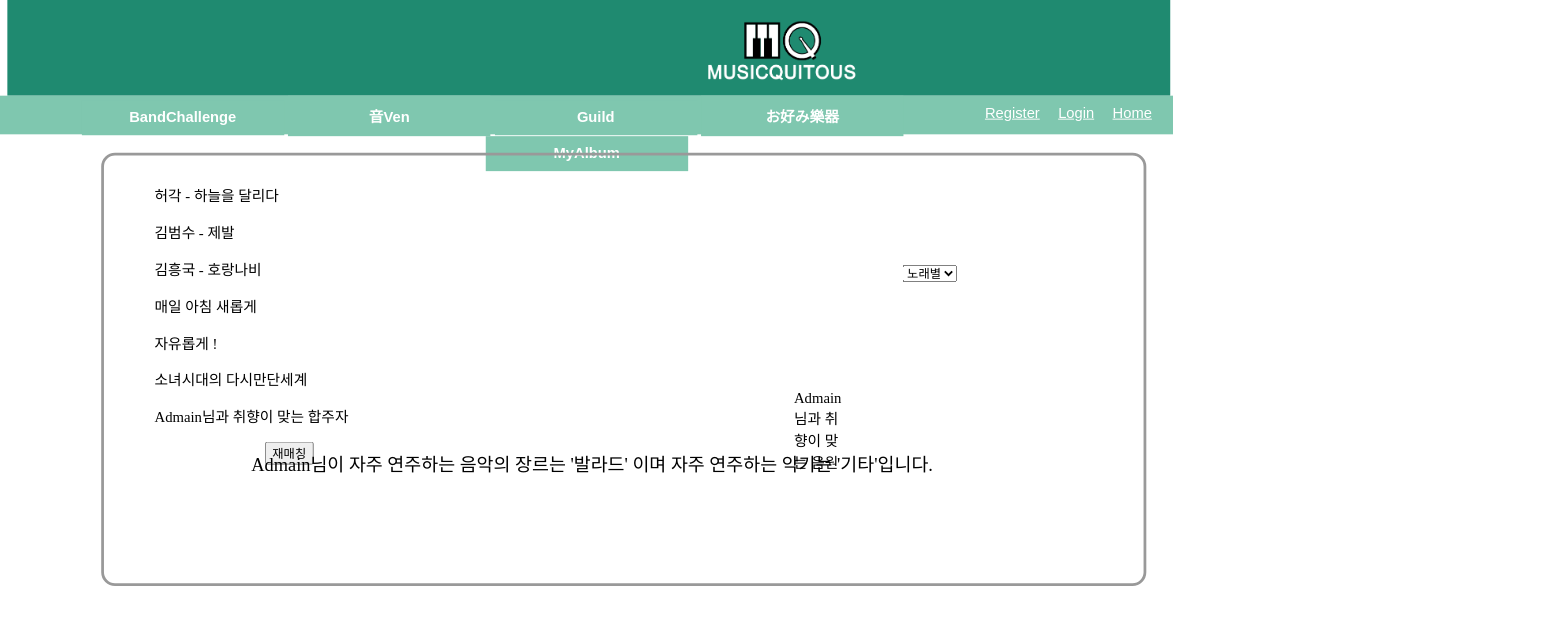
Repository: hkpark130/MusicQuitous
Page: http://localhost/Recommend/Connection
The author's editor kept a record of every edit. The page is drawn from the files as they stood at one moment, then again after the next edit.
The browser window is 1280 px wide. The page is 1695 px wide, so the pictures cover 1695 px, including what lies to the right of the window. The pictures show the whole page, at 92% of full size.
Some web libraries are served in a nearby version. The page is served by the project's Laravel application, run on PHP 8.4 with Laravel 8. Other server files are loaded and not shown.

Above is the page before.

### workspace/harmony_project/routes/web.php
<?php

/*
|--------------------------------------------------------------------------
| Web Routes
|--------------------------------------------------------------------------
|
| Here is where you can register web routes for your application. These
| routes are loaded by the RouteServiceProvider within a group which
| contains the "web" middleware group. Now create something great!
|
*/

Route::get('/', function () {
    return view('template');
});

Route::get('auth/login', function(){
  $credentials = [
    'email'
  ];
});
//
// Route::get('auth/login',function(){
//   $login = Request::input('id');
//   (!auth()->attempt($credentials)){
//     return '로그인 정보가 정확하지 않습니다.';
//   }
//    return redirect('protected');
// });

Auth::routes();

// Route::get('/home', 'HomeController@index');

// Route::resource('articles','ArticlesController');

// Route::get('/subweb','SubwebController@index');



/*
|--------------------------------------------------------------------------
| 혜진 - LOGIN
|--------------------------------------------------------------------------
*/

Route::get('/login', function(){
    return view('login/login');
});

// Route::get('login/login', 'Login\LoginController@userview');

Route::post('/loginAction', 'Login\LoginController@loginAction');

Route::get('/logoutAction', 'Login\LoginController@logout');
Route::post('/logoutAction', 'Login\LoginController@logout');
Route::post('/store','Login\LoginController@store');


Route::get('/store', function(){
    return view('login/store');
});


Route::get('/idCheck/{user_id}', 'Login\LoginController@idCheck');
Route::get('/nickCheck/{nick}', 'Login\LoginController@nickCheck');
Route::get('/mailCheck/{mail}', 'Login\LoginController@mailCheck');








Route::get('/write', function(){
    return view('board/write');
});

Route::post('/writeAction', 'Board\BoardController@writeAction');

Route::get('/list', 'Board\BoardController@listAction');

Route::get('/bandChallengeMain', 'Board\BoardController@main');

Route::get('/read/{id?}', 'Board\BoardController@readAction');

Route::get('/deleteAction/{id?}', 'Board\BoardController@deleteAction');



Route::get('/mody/{id}', function($id){
  return view('board/mody')->with('id',$id);
});

Route::put('/modyAction/{id}', 'Board\BoardController@modyAction');



Route::get('/video', function(){
  return view('video/index');

});

/*
|--------------------------------------------------------------------------
| 혜진 - BandChallenge
|--------------------------------------------------------------------------
*/
Route::get('/rolling', function(){
  return view('menu/rolling');
});
Route::get('/video', function(){
  return view('video/Videomain');
});
Route::get('/videoworkset', function(){
  return view('video/videoworkset');
});
Route::get('/band_VideoUpload', function(){
  return view('board/BandChallenge_Video_Upload');
});
Route::get('/band_VideoWork', function(){
  return view('board/BandChallenge_Video_Work');
});
Route::get('/band_VideoWorkset', function(){
  return view('board/BandChallenge_Video_Workset');
});
// Route::get('/recordalbum',function(){
//   return view('board/BandChallenge_Record_Album');
// });
//
Route::get('/recordalbum','bandChallenge\BandChallengeController@midiList');
//음원 악기레이어 체크선택 페이지

Route::get('/albumview/{midi_id?}','bandChallenge\BandChallengeController@audioHarmony');
//음원 악기레이어 체크선택 페이지

// Route::get('/albumview',function(){
//   return view('board/BandChallenge_Record_Albumn_View');
// });
Route::get('/videobefore',function(){
  return view('board/BandChallenge_Video_Before');
});
Route::get('/videoBView',function(){
  return view('board/BandChallenge_Video_Before_View');
});
Route::get('/videoafter',function(){
  return view('board/BandChallenge_Video_After');
});
Route::get('/videoAView',function(){
  return view('board/BandChallenge_Video_After_View');
});

Route::get('/recordbefore/{id?}','bandChallenge\BandChallengeController@audioBefore');
//오디오 음원합주 합주전 게시물

// Route::get('/recordbefore',function(){
//   return view('board/BandChallenge_Record_Before');
// });

Route::get('/recordafter/{id?}','bandChallenge\BandChallengeController@audioAfter');
//오디오 음원합주 합주후 게시물

// 이전 오디오합주 합주후 게시물
// Route::get('/recordafter',function(){
//   return view('board/BandChallenge_Record_After');
// });

Route::get('/instselect',function(){
  return view('board/BandChallenge_Inst_Select');
});
Route::get('/band_main',function(){
  return view('board/BandChallenge_Main');
});

Route::post('/recordwork','bandChallenge\BandChallengeController@audioRecord');
//녹음 페이지
// Route::get('/recordwork',function(){
//   return view('board/BandChallenge_Record_Work');
// });

//*******************************나훔나훔한 근육땡땡이 나훔이*****************************
Route::get('/videoRecordwork',function(){
  return view('board/BandChallenge_Main');
});
//녹화페이지
//*****************************************************************************



Route::post('blobTest','bandChallenge\BandChallengeController@blobTrans');
//녹음파일 ajax로 업로드

Route::post('volumeTest','bandChallenge\BandChallengeController@volumeChange');
//녹음파일 볼륨 변경

Route::get('/beforeview',function(){
  return view('board/BandChallenge_Record_Before_View');
});

Route::post('/recordupload','bandChallenge\BandChallengeController@writeBoard');
//글쓰기

Route::post('BandChallenge/recordingInsert','bandChallenge\BandChallengeController@insertBoard');
//글저장

// Route::get('/recordupload',function(){
//   return view('board/BandChallenge_Record_Upload');
// });
Route::get('/afterview',function(){
  return view('board/BandChallenge_Record_After_View');
});
Route::get('/recordmody',function(){
  return view('board/BandChallenge_Record_Mody');
});
Route::get('/recordjoin',function(){
  return view('board/BandChallenge_Record_Join');
});
Route::get('/progressbar',function(){
  return view('board/BandChallenge_Progressbar');
});
Route::post('/asd/video_upload','bandChallenge\BandChallengeController@bandChallenge_video_upload');
// Route::post('/bandChallenge/video_recording_write_send','bandChallenge\BandChallengeController@bandChallenge_video_recording_write_send');
// Route::get('/bandChallenge/videoWrite', function(){
//   return view('/bandChallenge/videoWrite');
// });
/*
|--------------------------------------------------------------------------
| 혜진 - Guild
|--------------------------------------------------------------------------
*/

/*Guild 메인페이지*/
Route::get('/guildmain','Guild\GuildController@guildlist');

/*Guild 창설 페이지*/
Route::get('guild/create', 'Guild\GuildController@guildinfo');


Route::post('/create','Guild\GuildController@guildcreate');

/*Guild 상세페이지*/
Route::get('guild/guild_view/{guild_id?}','Guild\GuildController@guildview');

/*Guild 가입 신청 페이지*/
Route::get('guild/guild_view/join/{id}','Guild\GuildController@guildjoin');

/*Guild 내 길드 페이지*/
Route::get('guild/myguild/{guild_name}','Guild\GuildController@myguildview');

/*Guild 길드 내 랭킹 페이지*/
Route::get('guild/ranking', function(){
    return view('guild/Guild_Ranking');
});


/*Guild 길드 공지사항 게시판 페이지*/
Route::get('guild/post', function(){
    return view('guild/Guild_Post');
});


/*Guild 내 길드 페이지*/
Route::post('guild/myguild/json/guildmember_infolist','Guild\GuildController@infolist');





/*
|--------------------------------------------------------------------------
| 혜진 - 친구목록
|--------------------------------------------------------------------------
*/

Route::get('/search/{friendsearch}', 'Login\FriendController@friendsearch');

Route::post('search/addfriends', 'Login\FriendController@addfriends');

Route::get('/myfriends', 'Login\LoginController@profile');

Route::get('/myfriends', 'Login\FriendController@myfriend_req');

//친구 신청한 유저 목록
Route::post('json/agree', 'Login\FriendController@agreefriend');

//현재 나와 친구 상태인 유저 목록
//Route::get('/myfriends', 'Login\FriendController@friendlist');

/*
|--------------------------------------------------------------------------
| 나훔 - 音Ven Routing
|--------------------------------------------------------------------------
*/

/*音Ven 메인페이지*/
Route::get('/otoven/otoven_main', function () {
    return view('otoven/otoven_main');
});

/*Record 합주를 기다려요*/
Route::get('/otoven/record_collaborate_wait', function () {
    return view('/otoven/record_collaborate_wait');
});

/*Record 합주를 기다려요 -> 게시물 클릭*/
Route::get('/otoven/in_one_record_article', function () {
    return view('/otoven/in_one_record_article');
});

/*Record 합주를 기다려요 -> 게시물 클릭 -> 연주하기 */
Route::get('/otoven/record_join', function () {
    return view('/otoven/record_join');
});

/*Record 합주를 기다려요 -> 게시물 클릭 -> 연주하기 -> 업로드*/
Route::get('/otoven/video_recording_upload', function () {
    return view('/otoven/video_recording_upload');
});

/*Record 합주를 했어요*/
Route::get('/otoven/record_collaborate_complete', function () {
    return view('/otoven/record_collaborate_complete');
});

/*Record 합주를 했어요 -> 게시물 클릭*/
Route::get('/otoven/in_two_record_article', function () {
    return view('/otoven/in_two_record_article');
});

/*Record 합주를 기다려요 -> 게시물 클릭 -> 연주하기 */
Route::get('/otoven/record_recording_one', function () {
    return view('/otoven/record_recording_one');
});

/*Video 합주를 기다려요*/
Route::get('/otoven_video_collaborate_wait', 'Otoven\OtovenController@otoven_video_collaborate_wait');


/*Video 합주를 기다려요-> 녹화하기*/
Route::get('/otoven/video_recording_one', function () {
    return view('/otoven/video_recording_one');
});

/*Video 합주를 했어요*/
Route::get('/otoven/video_collaborate_complete', function () {
    return view('/otoven/video_collaborate_complete');
});

/*Video 합주를 했어요-> 녹화하기*/
Route::get('/otoven/video_recording_two', function () {
    return view('/otoven/video_recording_two');
});

/*Video 합주를 기다려요->게시글 클릭*/
Route::get('/otoven_in_one_video_article/{id}', 'Otoven\OtovenController@otoven_in_one_video_article');

/*Video 합주를 했어요 -> 게시글 클릭 -> 합주하기*/
Route::get('/otoven/video_ansemble_one', function () {
    return view('/otoven/video_ansemble_one');
});

/*Video 합주를 했어요 -> 게시글 클릭 -> 합주하기*/
Route::get('/otoven/video_ansemble_two', function () {
    return view('/otoven/video_ansemble_two');
});

/*Video 합주 했어요->게시글 클릭*/
// Route::get('/otoven/in_two_video_article', function () {
//     return view('/otoven/in_two_video_article');
// });

Route::post('/otoven_in_one_video_upload', 'Otoven\OtovenController@otoven_in_one_video_upload');

Route::post('/otoven_video_recording_write_send', 'Otoven\OtovenController@otoven_video_recording_write_send');

Route::put('/otoven_video_recording_write/{file_name}', 'Otoven\OtovenController@otoven_video_recording_write');

Route::get('/otoven_video_ansemble_one/{id}', 'Otoven\OtovenController@otoven_video_ansemble_one');

Route::get('/otoven_video_recording_one/{id?}', 'Otoven\OtovenController@otoven_video_recording_one');

Route::get('/otoven_video_collaborate_complete', 'Otoven\OtovenController@otoven_video_collaborate_complete');

Route::get('/otoven_in_two_video_article/{id}', 'Otoven\OtovenController@otoven_in_two_video_article');

Route::get('/otoven_video_ansemble_two/{id}', 'Otoven\OtovenController@otoven_video_ansemble_two');

/*
|--------------------------------------------------------------------------
| 혜진 - 音Ven Record
|--------------------------------------------------------------------------
*/

/*Record 합주를 기다려요*/
Route::get('/otoven/record_collaborate_before', function () {
    return view('/otoven/Record_Collaborate_before');
});
/*Record 합주를 기다려요 -> 게시물클릭 후 페이지*/


/*Record 합주를 했어요*/


/*Record 합주를 했어요 -> 게시물클릭 후 페이지*/
Route::get('/otoven/record_collaborate_afterview', function () {
    return view('/otoven/Record_collaborate_afterView');
});

/*Record 합주를 기다려요 -> 게시물 클릭 -> 연주하기 */
Route::get('/otoven/Record_recording_work', function () {
    return view('/otoven/Record_recording_work');
});

/*Record 합주를 기다려요 -> 게시물 클릭 -> 연주하기 -> 업로드*/
Route::get('/otoven/Record_recording_upload', function () {
    return view('/otoven/Record_recording_upload');
});

/*
|--------------------------------------------------------------------------
| 앞니 기타리스트 성민 - BandChallenge
|--------------------------------------------------------------------------
*/

Route::get('/board/Early', function(){
  return view('/board/Early');
});
Route::get('/board/bandRecordChoice', function(){
  return view('/board/bandRecordChoice');
});
Route::get('/Recommend/MatchMain', function() {
  return view('/Recommend/MatchMain');
});
Route::get('/Recommend/Connection', function() {
  return view('/Recommend/Connection');
});
Route::get('/mypage/user', function() {
  return view('/mypage/user');
});
Route::get('/board/BandChallenge_Record_Participation', function(){
  return view('/board/BandChallenge_Record_Participation');
});
Route::get('/bandChallenge/BandAudioRecording', function(){
  return view('/bandChallenge/BandAudioRecording');
});
Route::get('/bandChallenge/bandAudioStop', function(){
  return view('/bandChallenge/bandAudioStop');
});
/*
|--------------------------------------------------------------------------
| 오토벤 함께하기 부분을 바꿈
|--------------------------------------------------------------------------
*/
Route::get('/Test/Test', function(){
  return view('/Test/Test');
});

Route::get('guild/test', function(){
  return view('guild/Guild_chile');
});

Route::get('testnode/index',function(){
  return view('testnode/index');
});

Route::get('/chat/testo', function(){
  return view('/guild/test');
});

Route::get('/chat', function(){
  return view('/guild/index');
});

Route::get('/chatbox/Information/{message}/{user}/{times}', 'Chat\ChatController@chatInformation');
Route::get('/chats/tion/{h}/{users}', 'Chat\ChatBoxController@chatmain');


//Route::get('/chatbox/Information/{request}', 'Chat\ChatController@chatInformation');
// Route::post('/chatbox/Information', 'testController@chatInformation');
// Route::get('/chatbox/Information', 'chatController@chatInformation');



// Route::get('/test', 'SomeController@testfunction');
// RoutE::post('/test', 'SomeController@testfunction');


// Route::post('/chatbox/Information', function () {
//     return 'Hello World';
// });


/*
|--------------------------------------------------------------------------
| 주성민 - 채팅
|--------------------------------------------------------------------------
*/

// Route::group(['middleware' => 'web'], function () {
//     Route::post('/loginAction', 'Login\LoginController@loginAction');
//     Route::get('/logoutAction', 'Login\LoginController@logout');
//     Route::post('/store','Login\LoginController@store');
//     // Route::auth();
//     // Route::get('/home', 'HomeController@index');

// });

// Route::post('sendmessage', 'chatController@sendMessage');

/*
|--------------------------------------------------------------------------
|  현경 - bandChallengeAudio
|--------------------------------------------------------------------------
*/

Route::post('/gakuhu_modi','bandChallenge\BandChallengeController@gakuhu');

Route::get('/midigoods/{id}','bandChallenge\BandChallengeController@midiGood');

Route::post('/otoven_recordwork','Otoven\OtovenController@audioRecord');

Route::post('/otoven_recordupload','Otoven\OtovenController@writeBoard');

Route::post('/otoven_blobTest','Otoven\OtovenController@blobTrans');

Route::post('/otoven/recordingInsert','Otoven\OtovenController@insertBoard');

Route::get('/otoven/record_before','Otoven\OtovenController@audioBefore');

Route::get('/otoven/record_collaborate_beforeview/{id}', 'Otoven\OtovenController@audioBeforeView');

Route::get('/otoven/record_collaborate_after', 'Otoven\OtovenController@audioAfter');

Route::get('/noticeTest/{user_name}','bandChallenge\BandChallengeController@noticeUpdate');

/*
|--------------------------------------------------------------------------
| 진영 - myPage
|--------------------------------------------------------------------------
*/


// 임시 마이페이지 매칭 라우터(앨범 메인)
Route::get('/myPage/album', 'MyPage\AlbumController@albumList');

// 임시 마이페이지 매칭 라우터(앨범 추가) Route
Route::get('/myPage/album/add', function(){
    return view('mypage/album_add');
});

// 앨범추가할때 input값 넣는 액션명
Route::post('/addAlbumAction', 'MyPage\AlbumController@addAlbum');

// 앨범삭제 액션(07/06)
Route::get('/deleteAlbumAction', 'MyPage\AlbumController@deleteAlbum');

// 앨범 이미지 변경 페이지 (07/10)
Route::get('/imageChange', 'MyPage\AlbumController@imageChangeAlbum');

// 앨범이미지변경 액션(07/10)
Route::post('/modyAlbumAction', 'MyPage\AlbumController@imageChange');




// 레코드 노래 수정
Route::get('/myPage/album/record/modify/{session_user}/{user_id}', 'MyPage\MusicBoardController@modify');

// 레코드 노래 리스트
Route::get('/myPage/album/record/list/{session_user}/{user_id}', 'MyPage\MusicBoardController@List');

// 레코드 노래 재생
Route::get('/myPage/album/record/play/{session_user}/{user_id}', 'MyPage\MusicBoardController@play');

// 비디오 노래 수정
Route::get('/myPage/album/video/mody/{session_user}/{user_id}', 'MyPage\MusicBoardController@mody');

// 비디오 노래 리스트
Route::get('/myPage/album/video/list/{session_user}/{user_id}', 'MyPage\MusicBoardController@List');

// 비디오 노래 재생
Route::get('/myPage/album/video/play/{session_user}/{user_id}', 'MyPage\MusicBoardController@play');

// 앨범 노래 내용 수정
Route::get('/alterAlbumListAction', 'MyPage\MusicBoardController@alterList');

// 추천 리스트 메인
Route::get('/matching/main', 'MyPage\MatchingController@main');

// 추천 매칭 상대방 음악 정보
Route::get('/matching/music/{user_id}', 'MyPage\MatchingController@userMatching');

// 매칭하기 결과
Route::get('/matching/result', 'MyPage\MatchingController@result');
Route::get('/matching/result2', function(){
    return view('mypage/matching_result2');
});


// 매칭유자 상세보기 페이지
Route::get('/matching/user/{user_id}/{page}','MyPage\MatchingController@userDetail');



// 채팅 테스트

Route::get('/home', 'HomeController@index');
Route::post('/sendmessage', 'chatController@sendMessage');



/*                            BandChallenge Video 녹화                          */

Route::post('/bandChallenge_video_recording_one', 'bandChallenge\BandChallengeController@bandChallenge_video_recording_one');
Route::post('/bandChallenge_video_upload', 'bandChallenge\BandChallengeController@video_upload');
Route::post('/bandChallenge_video_write', 'bandChallenge\BandChallengeController@video_write_send');



/*
|--------------------------------------------------------------------------
| IONIC - 나훔
|--------------------------------------------------------------------------
*/

Route::get('/ionic_bandchallenge', 'ionic\IonicController@test');
Route::get('/ionic_bandchallenge/{albumn_id}', 'ionic\IonicController@instrument');
Route::get('/ionic_bandchallenge_record_before/{board_id?}','ionic\IonicController@audioBefore');
Route::get('/ionic/myalbum', 'ionic\IonicController@ionicAlbumList');
Route::get('/ionic/album/add', function(){
    return view('IONIC/album_add');
});
Route::post('/IonicAddAlbumAction', 'ionic\IonicController@ionicAddAlbum');
Route::get('/ionic/album/record/list/{session_user}/{user_id}', 'ionic\IonicMusicController@ionicList');
Route::get('/ionic/login', function(){
    return view('IONIC/login');
});
Route::post('/ionic/loginAction', 'ionic\LoginController@loginAction');
Route::post('/ionic/logoutAction', 'ionic\LoginController@logoutAction');
Route::get('/ionic/myPage/album/record/play/{session_user}/{user_id}', 'ionic\IonicMusicController@play');
Route::get('/testest', function(){
    return view('test');
});

Route::get('/ionic/boardgoods/{id}','ionic\IonicMusicController@boardGood');

?>

### workspace/harmony_project/resources/views/menu/toplogin.blade.php
<div class="container back">
  <div class="row">

    <div class="col-md-9 imglogo ">
      <a href="{{ url('/') }}">
        <img id="logo" src="/img/logo3.png" alt="">
      </a>
    </div>
    <div class="col-md-3 topmenu ">
            <a href="https://harmony-project-chonahoom.c9users.io">Home</a>
          <?php
          $user_id = session()->get('user_id','');

          if(!empty($user_id[0])){
          ?>
            <a href="{{ url('/logoutAction') }}">Logout</a>
            {{csrf_field()}}
            <a href="{{ url('/myfriends') }}">Mypage</a>
          <?php
          }
          else{
          ?>
            <a href="{{ url('/login') }}">Login</a>
            {{csrf_field()}}
            <a href="{{ url('/store') }}">Register</a>
          <?php
          }
          ?>
    </div>
  </div>
</div>

### workspace/harmony_project/public/css/Connection.css
    #maintext{
      font-size: 20px;
      position: absolute;
      top: 300px; left: 160px;
    }

/*
|**************************************************************************
| 메인 div 크기 및 속성을 정의하는곳
|**************************************************************************
*/
    #div1{
      /*background-image: URL('/img/dandelion.jpg');*/
      /*background-repeat: no-repeat;*/
      /*background-position: -50px 0px; */
      /*background-size: 1050px;*/
      font-family: 'Hanna', serif;
      border-radius: 15px;
      border: 3px solid #999999;
      color: #000000;
      position: absolute;
      top:166px; left:240px;
      width: 1060px; height:450px;
      padding-left:55px;
      padding-right:15px;
      padding-top:15px;
      margin-left:-130px;

    }
/*
|**************************************************************************
| 기본 정보를 display:none으로 숨기고 있음
|**************************************************************************
*/
    #div6,#div7,#div8 {display:none;}
    #div11,#div12,#div13,#div14 {display:none;}
/*
|**************************************************************************
| "Admain님과 취향이 맞는 음원"을 감싸는 #div5
|**************************************************************************
*/
    #div5{
      position: absolute;
      top: 104px; left: 670px;
    }
/*
|**************************************************************************
| #div2, #div5는 select으로 선택한 정보가 나오게하는 div창
|**************************************************************************
*/
    #div2{
      position: absolute;
      top: 118px; left: 530px;
      margin-left: 20px;
      width: 480px; height: 200px;
    }
    #div img{
      padding: 50px;
    }
    #div10{
      position: absolute;
      top: 118px; left: 40px;
    }
/*
|**************************************************************************
| display: inline-block; = 쓸데없이 차지하는 padding , margin 등을 정해진 길이만큼만 나타내준다
|**************************************************************************
*/
    #text{
      position: absolute;
      top: 135px; left: 80px;
      display: inline-block;
      margin-right:15px;

    }
    #texts{
      margin-top: -10px;
      margin-left: -110px;
    }
    #Redo{
      margin-left: 120px;
    }
    #imgs{
      margin-top: 11px;
      margin-left: 12px;
      /*box-shadow: 4px 4px 3px #000; */
      /*border: 1px solid #000000;*/
      border-radius: 70px;
   }
    #imgss{
      margin-top: 12px;
      margin-left: 18px;
    }
    #textbox{
      float:left;
      text-align: center;
      display:inline;
    }
    #textbox2{
      float:left;
      text-align: center;
      margin-left:10px;
      margin-right:10px;
    }
    #textbox3{
      float:left;
      text-align: center;
    }
    #sel{
      position: absolute;
      top:15px; left: 198px;
    }

### workspace/harmony_project/public/css/login.css
/*
|**************************************************************************
| login id, password 입력부분
|**************************************************************************
*/
.back{
    background-color:#1F8A70;
    width:100%;
}

.topmenu a{
    margin-top:10px;
    z-index:100;
    margin-right:20px;
    float:right;
    color:white;
}
input[type=text], input[type=password] {
    width: 100%;
    padding: 12px 20px;
    margin: 8px 0;
    display: inline-block;
    border: 1px solid #ccc;
    box-sizing: border-box;
}
/*
|**************************************************************************
| login button style's
|**************************************************************************
*/
#login{
    background-color: lightgreen;
    color: black;
    margin: 8px 0;
    width: 100%;
    border: 0;
    outline: 0;
}

Loaded but not shown: workspace/harmony_project/app/Http/Controllers/Auth/LoginController.php (common file); workspace/harmony_project/app/Http/Controllers/Controller.php (common file); workspace/harmony_project/public/js/Connection.js (75 lines, source omitted); workspace/harmony_project/public/js/template.js (8 lines, source omitted); workspace/harmony_project/resources/views/menu/topmenu.blade.php (162 lines, source omitted); workspace/harmony_project/resources/views/Recommend/Connection.blade.php (123 lines, source omitted); workspace/harmony_project/public/css/template.css (49 lines, source omitted); workspace/harmony_project/public/css/menu.css (54 lines, source omitted)

After the next edit:
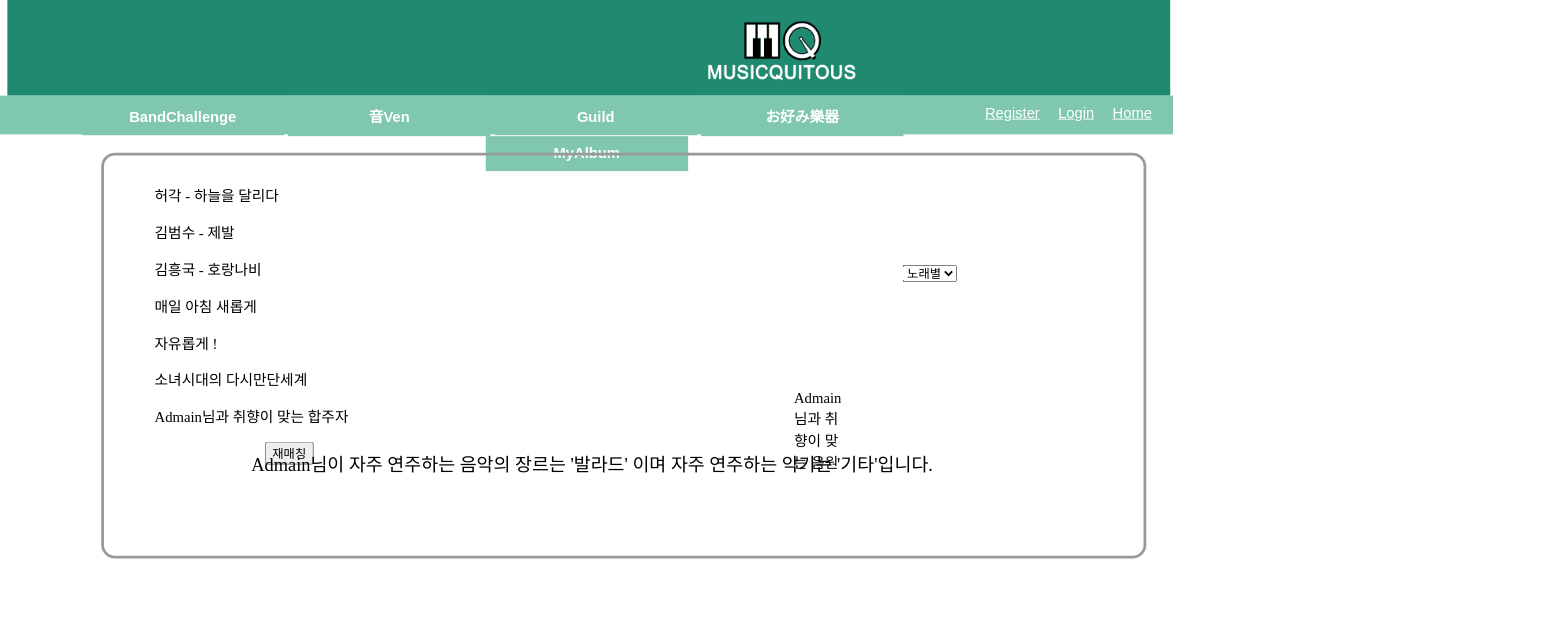
The edit:
--- a/workspace/harmony_project/public/css/Connection.css
+++ b/workspace/harmony_project/public/css/Connection.css
@@ -20,7 +20,7 @@
       color: #000000;
       position: absolute;
       top:166px; left:240px;
-      width: 1060px; height:450px;
+      width: 1060px; height:420px;
       padding-left:55px;
       padding-right:15px;
       padding-top:15px;
